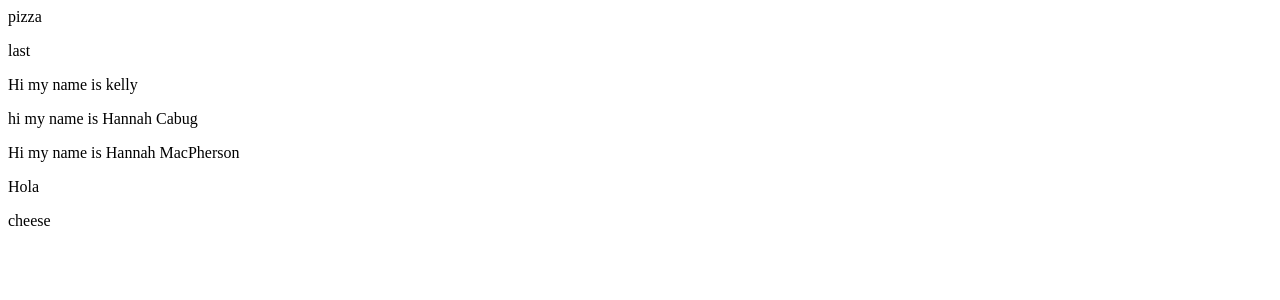
Repository: KellyMenzul/lab-4
Page: index.html
The author's editor kept a copy of each file at every save. The page is drawn from the files as they stood at one save, then again after a run of saves.
The browser window is 1280 px wide. The pictures show the whole page.

Above is the page before, as saved 2021-04-07 17:53:45.

### index.html
<html>
    <head>
        <title>Lab 4</title>

        <script>
            var a = new XMLHttpRequest()
            var b = new XMLHttpRequest()
            var c = new XMLHttpRequest()
            var d = new XMLHttpRequest()
            var e = new XMLHttpRequest()
            var f = new XMLHttpRequest()
            var g = new XMLHttpRequest()
            var h = new XMLHttpRequest()
            var i = new XMLHttpRequest()
            var j = new XMLHttpRequest()

            a.open("GET", "1.txt", true)
            b.open("GET", "2.txt", true)
            c.open("GET", "3.txt", true)
            d.open("GET", "4.txt", true)
            e.open("GET", "5.txt", true)
            f.open("GET", "6.txt", true)
            g.open("GET", "7.txt", true)
            h.open("GET", "8.txt", true)
            i.open("GET", "9.txt", true)
            j.open("GET", "10.txt", true)

            a.onreadystatechange=processData
            b.onreadystatechange=processData
            c.onreadystatechange=processData
            d.onreadystatechange=processData
            e.onreadystatechange=processData
            f.onreadystatechange=processData
            g.onreadystatechange=processData
            h.onreadystatechange=processData
            i.onreadystatechange=processData
            j.onreadystatechange=processData

            a.send(null)
            b.send(null)
            c.send(null)
            d.send(null)
            e.send(null)
            f.send(null)
            g.send(null)
            h.send(null)
            i.send(null)
            j.send(null)

            function processData()
            {
                if(a.readyState == 4 && b.readyState == 4 && c.readyState == 4 && d.readyState == 4 && e.readyState == 4 && f.readyState == 4 && g.readyState == 4 && h.readyState == 4 && i.readyState == 4 && j.readyState == 4)
                {

                    setTimeout(function(){
                        var p1 = document.createElement("p")
                        p1.innerHTML = a.responseText
                        document.body.appendChild(p1)
                    },1000)


                    setTimeout(function(){
                        var p2 = document.createElement("p")
                        p2.innerHTML = b.responseText
                        document.body.appendChild(p2)
                    },2000)

                    setTimeout(function(){
                        var p3 = document.createElement("p")
                        p3.innerHTML = c.responseText
                        document.body.appendChild(p3)
                    },3000)

                    setTimeout(function(){
                        var p4 = document.createElement("p")
                        p4.innerHTML = d.responseText
                        document.body.appendChild(p4)
                    },4000)

                    setTimeout(function(){
                        var p5 = document.createElement("p")
                        p5.innerHTML = e.responseText
                        document.body.appendChild(p5)
                    },5000)

                    setTimeout(function(){
                        var p6 = document.createElement("p")
                        p6.innerHTML = f.responseText
                        document.body.appendChild(p6)
                    },6000)

                    setTimeout(function(){
                        var p7 = document.createElement("p")
                        p7.innerHTML = g.responseText
                        document.body.appendChild(p7)
                    },7000)

                    setTimeout(function(){
                        var p8 = document.createElement("p")
                        p8.innerHTML = h.responseText
                        document.body.appendChild(p8)
                    },8000)

                    var p9 = document.createElement("p")
                    p9.innerHTML = i.responseText
                    document.body.appendChild(p9)

                    var p10 = document.createElement("p")
                    p10.innerHTML = j.responseText
                    document.body.appendChild(p10)
                }
            }
        </script>
    </head>
    <body>
    </body>
</html>

After the next 7 saves:
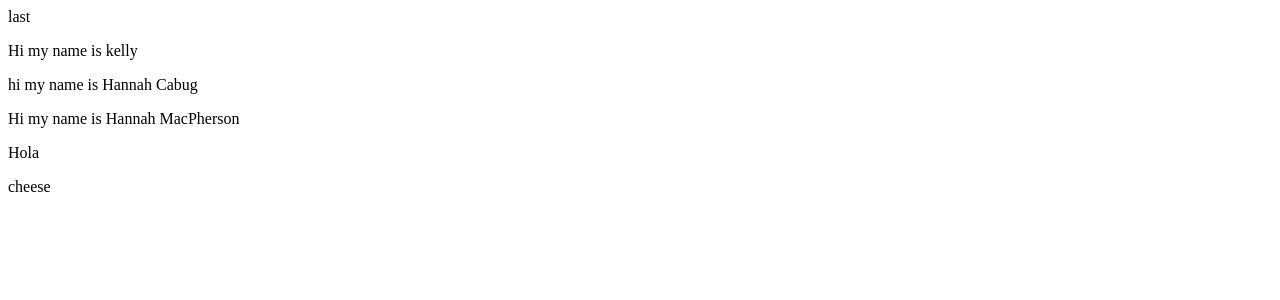
The 7 saves are shown as one change because they came seconds apart.
The last was saved 19 s later.
--- a/index.html
+++ b/index.html
@@ -101,9 +101,14 @@
                         document.body.appendChild(p8)
                     },8000)
 
-                    var p9 = document.createElement("p")
-                    p9.innerHTML = i.responseText
-                    document.body.appendChild(p9)
+                    setTimeout(function(){
+                        var p9 = document.createElement("p")
+                        p9.innerHTML = i.responseText
+                        document.body.appendChild(p9)
+                    },9000)
+
+                    setTimeout(function(){},10000)
+
 
                     var p10 = document.createElement("p")
                     p10.innerHTML = j.responseText
